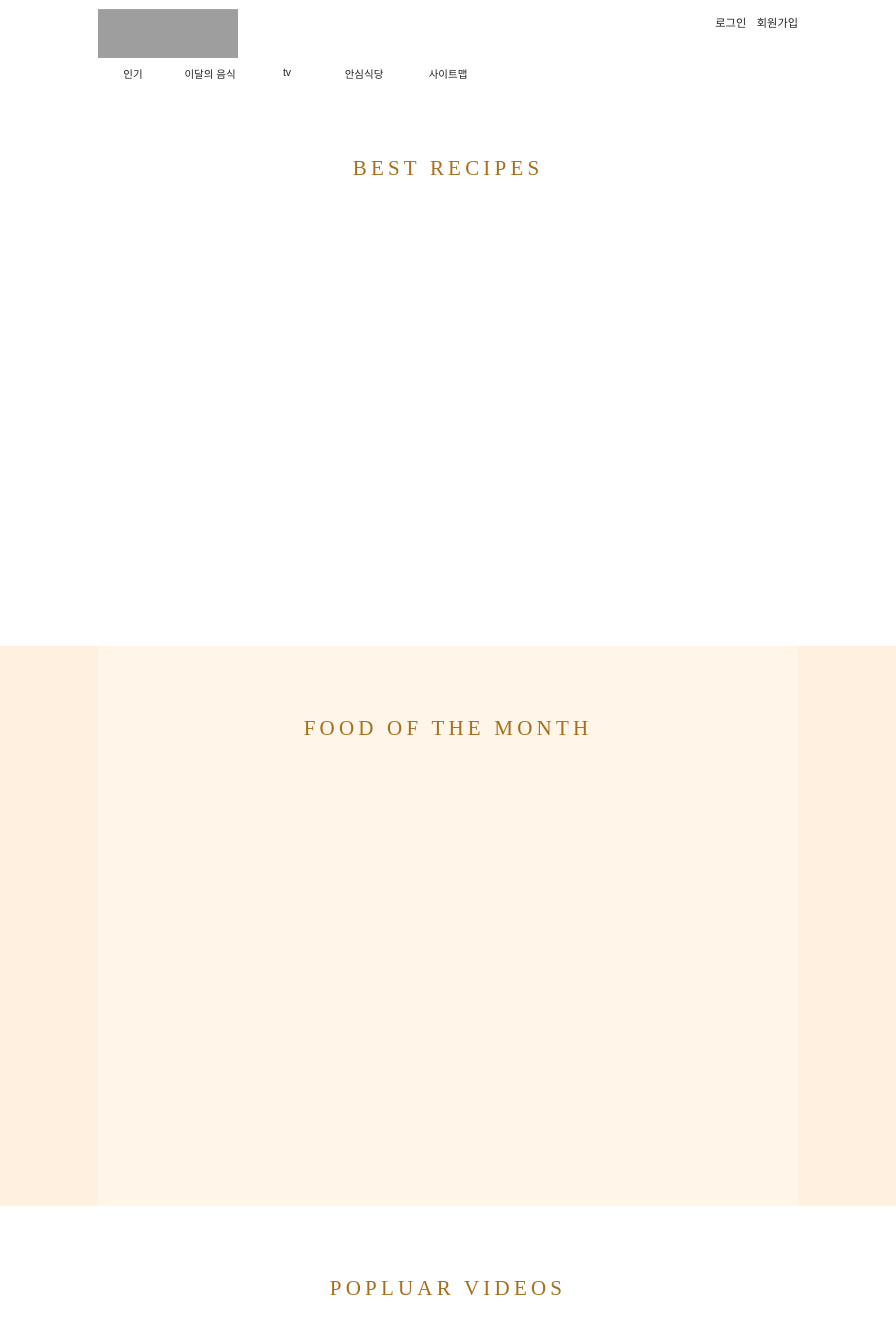
Repository: Kimhyoenjeong/proj-git
Page: morae/src/main/webapp/index.html
These files come from the project's save history. The page is drawn as it stood at one moment and after the next save; the edit follows.
The browser window is 1280 px wide. The pictures show the part of the page from y = 0 to 1920 px (the page is 3641 px tall), at 70% of full size.
Pictures or frames that could not be fetched are drawn as grey boxes. Some web fonts or font styles are not loaded; a fallback is used.

Above is the page before, as saved 2022-07-17 10:26:11.

### morae/src/main/webapp/index.html
<head>
  <meta charset="utf-8">
  <meta name="author" content="master">
  <meta name="description" content="예제">
  <title>MOREA</title>

  <!-- CSS STYLE-->
  <link rel="stylesheet" href="css/reset.css">
  <link rel="stylesheet" href="css/style.css">
  <!-- FONT -->
  <link rel="preconnect" href="https://fonts.googleapis.com">
  <link rel="preconnect" href="https://fonts.gstatic.com" crossorigin>
  <link href="https://fonts.googleapis.com/css2?family=Gothic+A1:wght@500&display=swap" rel="stylesheet">
<link rel="preconnect" href="https://fonts.googleapis.com">
<link rel="preconnect" href="https://fonts.gstatic.com" crossorigin>
<link href="https://fonts.googleapis.com/css2?family=Gentium+Book+Plus&display=swap" rel="stylesheet">
</head>
<body>
</body>
  <div id="wrap">
    <div id="header">
      <div class="container">
	      <div class="header">
	        <div class="header-title">
	        	<img alt="html" src="title.png" href="#">
	        </div>
	        <!-- header-title-->
	        <div class="header-menu">
	        	<a href="#" class="search"><span class="ir_pm">search</span></a>
	        	<a href="login.jsp" class="login">로그인</a>
	        	<a href="join.jsp" class="join">회원가입</a>
	        </div>
	       </div>
      </div>
    </div>
    <!-- //header -->
     <div id="nav">
		<div class="container">
			<div class="nav">
				<div class="nav-menu">
					<div class="popluar">
						<a href="#">인기</a>
						<!-- <div class="nav-under"></div> -->
					</div>
					<div class="month">
						<a href="monthFd.jsp">이달의 음식</a>
					</div>
					<div class="tv">
						<a href="#">tv</a>
					</div>
					<div class="safe">
						<a href="#">안심식당</a>
					</div>
					<div class="sitemap">
						<a href="#">사이트맵</a>
					</div>
				</div>
				<!-- //nav-menu -->
			</div>
		</div>

     </div>
     <!-- //nav -->
    <div id="contents">
	    <div id="content1">
	    	<div class="container">
	    	<div class="content1">
	            <div class="best">
	            	<div class="best-title">
	            		<a href="#">BEST RECIPES</a>
	            	</div>
	            	<div class="best-contents">

	            	</div>
	            </div>
	         </div>
	         </div>
	    </div>
        <!-- //content1 - best recipes -->
        <div id="content2">
            <div class="container">
            	<div class="content2">
            		<div class="f_o_m">
            			<div class="f_o_m-title">
            				<a href="#">FOOD OF THE MONTH</a>
            			</div>
            			<div class="f_o_m-contents">

            			</div>
            		</div>
            	</div>
            </div>
        </div>
        <!-- //content2 - FOOD OF THE MONTH -->
        <div id="content3">
            <div class="container">
            	<div class="content3">
            		<div class="videos">
            			<div class="videos-title">
            				<a href="#">POPLUAR VIDEOS</a>
            			</div>
            			<div class="videos-contents">

            			</div>
            		</div>
            	</div>
            </div>
        </div>
        <!-- //content3 - POPLUAR VIDEOS -->
        <div id="content4">
            <div class="container">
            	<div class="content4">
            		<div class="safe_place">
            			<div class="safe_place-title">
            				<a href="#">SAFE PLACES</a>
            			</div>
            			<div class="safe_place-contents">

            			</div>
            		</div>
            	</div>
            </div>
        </div>
		<!-- //content4 - SAFE PLACES -->

    </div>
    <!-- //footer -->
    <div id="footer">
    	<hr>
    	<div class="container">
            <div class="footer">
            	<div class="info">

            	<ul>
            			<li><a href="#">사이트 도움말</a></li>
                        <li><a href="#">사이트 이용약관</a></li>
                        <li><a href="#">사이트 운영규칙</a></li>
                        <li><a href="#"><strong>개인정보취급방침</strong></a></li>
                        <li><a href="#">책임의 한계와 법적고지</a></li>
                        <li><a href="#">게시중단요청 서비스</a></li>
                        <li><a href="#">고객센터</a></li>
            		</ul>
            	</div>
            	<div class="maker">

            	</div>
            </div>
        </div>
    </div>
	<!-- //footer -->
  </div>
    <!-- //wrap -->
</body>
</html>

### morae/src/main/webapp/css/reset.css
@charset "utf-8";

/* 여백 초기화 */
body, div, ul, li, dl, dt, ol, h1, h2, h3, h4, h5, h6, input, fieldset, legend, p, select, table, th, td, tr, textarea, button, form {margin: 0; padding: 0;}

/* a 링크 초기화 */
a {color: #222; text-decoration: none;}
a:hover {color: #390;}
.ir_pm {display: block; overflow: hidden; font-size: 0; line-height: 0; text-indent: -9999px;} /* 의미있는 이미지의 대체 텍스트를 제공하는 경우 */
.ir_wa {display: block; overflow: hidden; position: relative; z-index: -1; width: 100%; height: 100%;} /* 의미있는 이미지의 대체 텍스트로 이미지가 없어도 대체 텍스트를 보여주고자 할 때 */
.ir_su {overflow: hidden; position: absolute; width: 0; height: 0; line-height: 0; text-indent: -9999px;} /* 대체 텍스트가 아닌 접근성을 위한 숨김 텍스트를 제공할 때 */

/** {font-family: 'Gothic A1', sans-serif;}*/
/*FONT*/
/*일반 평폰트 font-family:  'Gothic A1', sans-serif;*/
@import url("https://fonts.googleapis.com");
@import url("https://fonts.gstatic.com");
/*영어 font-family: 'Abril Fatface', cursive; */
@import url("https://fonts.googleapis.com/css2?family=Gothic+A1:wght@500&display=swap");
@import url("https://fonts.gstatic.com");
@import url("https://fonts.googleapis.com/css2?family=Abril+Fatface&display=swap");
/*한국어 궁서같은거 font-family: 'Song Myung', serif;*/
@import url("https://fonts.googleapis.com/css2?family=Song+Myung&display=swap");

### morae/src/main/webapp/css/style.css
@charset "utf-8";

/* 스킵 내비게이션
#skip {position: relative;}
#skip a {position: absolute; left: 0px; top: -35px; border: 1px solid #fff; color: #fff; background: #333; line-height: 30px; width: 140px; text-align: center;}
#skip a:active,
#skip a:focus {top: 0;}
*/

/*layout*/
#wrap {}
#header {height: 80px;}
#nav {height: 30px;}
#contents {}
#footer { height: 300px;}

.container {width: 1000px; margin: 0 auto; height: inherit; background: rgba(255,255,255,0.3);}

/* header */
.header {}
.header .header-title {
	float: left;
	width: 200px;
	height: 80px;
	margin-top: 3px;
	display: inline-block;
	}
.header .header-title img {
	width: 200px;
	height: 70px;
	margin: 0;
}

.header .header-menu{
	text-align: right;
	margin-top: 10px;
}

.header .header-menu a{
	width: 70px;
	height: 30px;
	display: inline-block;
	margin: 10 0px;
}
.header .header-menu a.search {
	background-image: url(/search.png);
}
header .header-menu a.login {
	background-image: url(/search.png);
}
header .header-menu a.join {
	background-image: url(/search.png);
}



/* nav */
.nav {}
.nav .nav-menu {
	float: left;
	text-align: center;
	width:1000px;
	height: 30px;
	}
.nav .nav-menu .popluar {
	float: left;
	display: inline-block;
	width:100px;
	height: 28px;
	margin-top: 1px;

}
.nav .nav-menu .month {
	float: left;
	display: inline-block;
	width:120px;
	height: 28px;
	margin-top: 1px;

}
.nav .nav-menu .tv {
	float: left;
	display: inline-block;
	width:100px;
	height: 28px;
	margin-top: 1px;

	}
.nav .nav-menu .safe {
	float: left;
	display: inline-block;
	width:120px;
	height: 28px;
	margin-top: 1px;

}
.nav .nav-menu .sitemap {
	float: left;
	display: inline-block;
	width:120px;
	height: 28px;
	margin-top: 1px;

}
.nav .nav-menu .slash{
	float: left;
	display: inline-block;
	width:3px;
	height: 28px;
}
.nav .nav-menu a{
	text-align: center;
	text-decoration: none;
	font-family:  'Gothic A1', sans-serif;
	margin-top: 4px;
	font-size: 15px;
}
.nav .nav-menu a:hover{
	text-align: center;
	text-decoration: none;
	font-family:  'Gothic A1', sans-serif;
	margin-top: 4px;
	font-size: 15px;
	color: #f1b877;
	}
.nav .nav-under{
	float: center;
	width:100px;
	height: 4px;
	margin-top: 6px;
	display: inline-block;
	background-color: #f1b877;

}

/*login*/
.signup {
   text-align:center;
   display: block;
   padding: 50px;
   margin-top: 50px;
   line-height: 1.42857143;
   background-color: #fff;
   border: 1px solid #ddd;
   border-radius: 4px;
}
.group {padding:20px;}
.form-control {
   display: inline-block;
   width: 47%;
   height: 34px;
   padding: 2px 12px;
   margin: 3px;
   font-size: 14px;
   line-height: 1.42857143;
   color: #555;
   background-color: #fff;
   background-image: none;
   border: 1px solid #ccc;
   border-radius: 4px;
}
.btn {
   display: inline-block;
   width: 50%;
   padding: 6px 12px;
   margin-top: 10px;
   font-size: 14px;
   font-weight: normal;
   line-height: 1.42857143;
   text-align: center;
   white-space: nowrap;
   vertical-align: middle;
   -ms-touch-action: manipulation;
       touch-action: manipulation;
   cursor: pointer;
   background-image: none;
   border: 1px solid transparent;
   border-radius: 4px;
}


/*CONTENTS*/
#content1 {}
.content1{}
.content1 .best {
	float: center;
	width:1000px;
	height: 800px;
	display: inline-block;
}

.content1 .best .best-title {
	float: center;
	width: 1000px;
	height: 50px;
	margin-top:100px;
	text-align: center;
	text-decoration: none;
	display: inline-block;
	font-size: 30px;
	letter-spacing: 6px;
	}
	.content1 .best .best-title a{
	letter-spacing: 6px;
	font-family: 'Abril Fatface', cursive;
	color: #a86e1b;
	}
.content1 .best .best-contents {
	float: center;
	width: 1000px;
	height: 700px;
	display: inline-block;
}
#content2 {background-color: #fff0df;}
.content2 {}
.content2 .f_o_m {
	float: center;
	width:1000px;
	height: 800px;
	display: inline-block;
}
.content2 .f_o_m .f_o_m-title {
	float: center;
	width: 1000px;
	height: 50px;
	margin-top:100px;
	text-align: center;
	text-decoration: none;
	display: inline-block;
	font-size: 30px;
	}
.content2 .f_o_m .f_o_m-title a{
	letter-spacing: 6px;
	font-family: 'Abril Fatface', cursive;
	color: #a86e1b;
	}

	.content2 .f_o_m .f_o_m-contents {
	float: center;
	width: 1000px;
	height: 700px;
	display: inline-block;
}
#content3 {}
.content3 {}
.content3 .videos {
	float: center;
	width:1000px;
	height: 800px;
	display: inline-block;
}
.content3 .videos .videos-title {
	float: center;
	width: 1000px;
	height: 50px;
	margin-top:100px;
	text-align: center;
	text-decoration: none;
	display: inline-block;
	font-size: 30px;
	}
.content3 .videos .videos-title a{
	color: #a86e1b;
	letter-spacing: 6px;
	font-family: 'Abril Fatface', cursive;
	}

	.content3 .videos .videos-contents {
	float: center;
	width: 1000px;
	height: 700px;
	display: inline-block;
}

#content4 {background-color: #fff0df;}
.content4 {}
.content4 .safe_place {
	float: center;
	width:1000px;
	height: 800px;
	display: inline-block;
}
.content4 .safe_place .safe_place-title {
	float: center;
	width: 1000px;
	height: 50px;
	margin-top:100px;
	text-align: center;
	text-decoration: none;
	display: inline-block;
	font-size: 30px;
	}
.content4 .safe_place .safe_place-title a{
	letter-spacing: 6px;
	font-family: 'Abril Fatface', cursive;
	color: #a86e1b;
	}

.content4 .safe_place .safe_place-contents {
	float: center;
	width: 1000px;
	height: 700px;
	display: inline-block;
}
/* footer */
.footer {padding: 25px 0; text-align: center;}
.footer ul {margin-bottom: 20px;}
.footer li {position: relative; display: inline; padding: 0 5px 0 10px;}

After the next save:
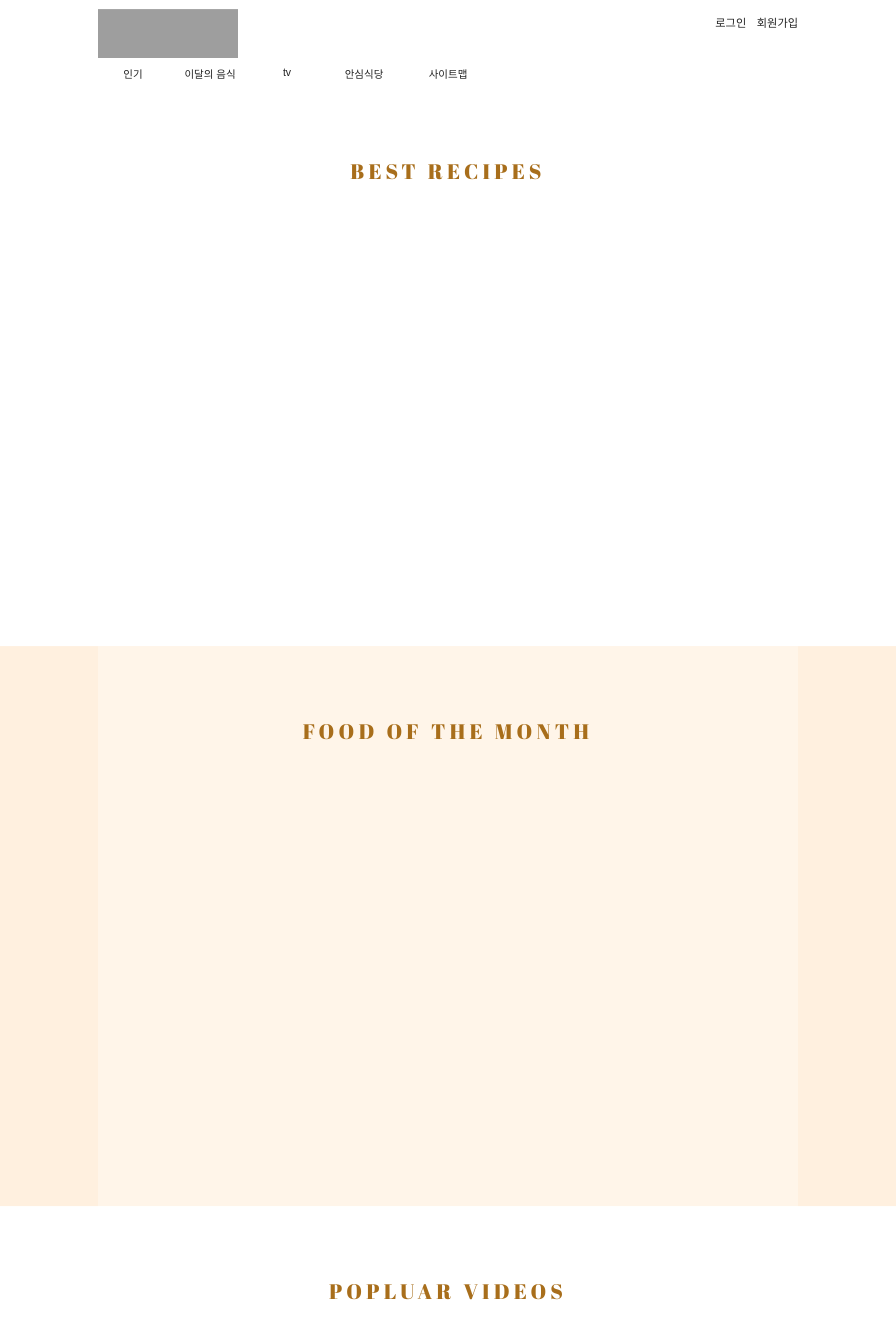
Saved 26 min 58 s later.
--- a/morae/src/main/webapp/index.html
+++ b/morae/src/main/webapp/index.html
@@ -7,13 +7,20 @@
   <!-- CSS STYLE-->
   <link rel="stylesheet" href="css/reset.css">
   <link rel="stylesheet" href="css/style.css">
-  <!-- FONT -->
-  <link rel="preconnect" href="https://fonts.googleapis.com">
-  <link rel="preconnect" href="https://fonts.gstatic.com" crossorigin>
-  <link href="https://fonts.googleapis.com/css2?family=Gothic+A1:wght@500&display=swap" rel="stylesheet">
+<!-- FONT -->
 <link rel="preconnect" href="https://fonts.googleapis.com">
 <link rel="preconnect" href="https://fonts.gstatic.com" crossorigin>
-<link href="https://fonts.googleapis.com/css2?family=Gentium+Book+Plus&display=swap" rel="stylesheet">
+<!--일반 평폰트 font-family:  'Gothic A1', sans-serif;-->
+<link href="https://fonts.googleapis.com/css2?family=Gothic+A1:wght@500&display=swap" rel="stylesheet">
+<link rel="preconnect" href="https://fonts.googleapis.com">
+<link rel="preconnect" href="https://fonts.gstatic.com" crossorigin>
+<link href="https://fonts.googleapis.com/css2?family=Abril+Fatface&display=swap" rel="stylesheet">
+<!--영어 font-family: 'Abril Fatface', cursive; -->
+<link rel="preconnect" href="https://fonts.googleapis.com">
+<link rel="preconnect" href="https://fonts.gstatic.com" crossorigin>
+<link href="https://fonts.googleapis.com/css2?family=Song+Myung&display=swap" rel="stylesheet">
+<!--한국어 궁서같은거 font-family: 'Song Myung', serif; -->
+
 </head>
 <body>
 </body>
